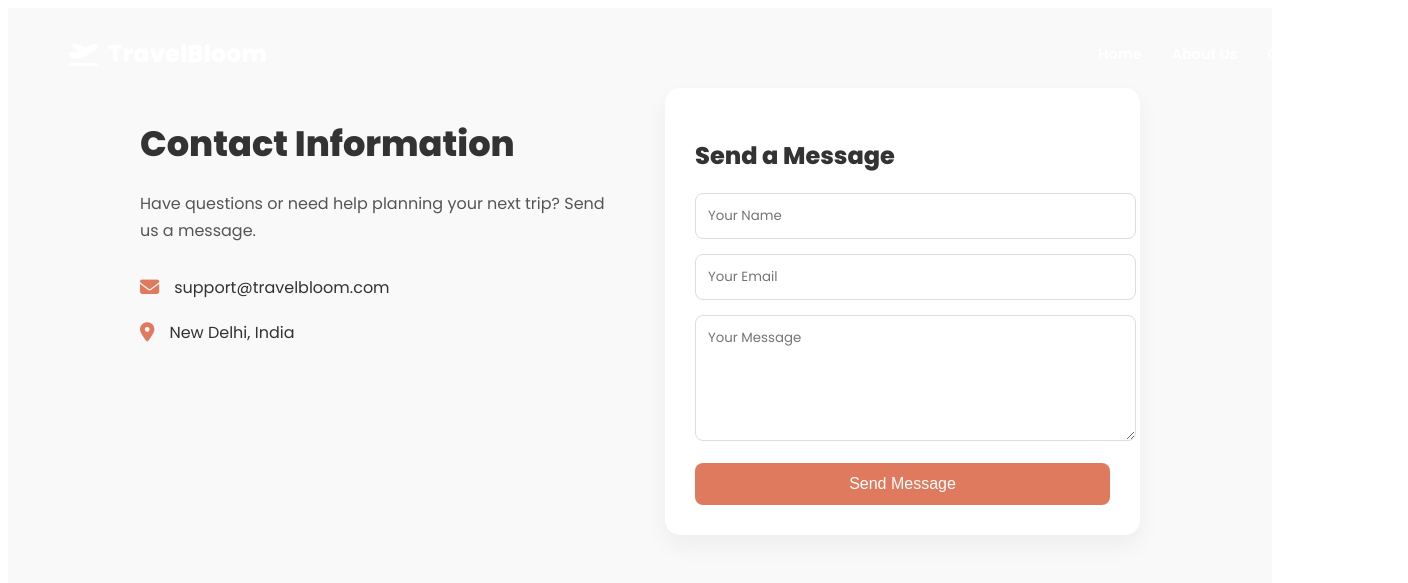
Repository: LatikaAdhikari064/TravelBloom_Project
Page: contact.html
An editor plug-in stored every save of this project. The page is shown before and after the next save, followed by the edit.
The browser window is 1280 px wide. The page is 1408 px wide, then 1280 px, then 1408 px, so the pictures cover 1408 px, including what lies to the right of the window. The pictures show the whole page.

Above is the page before, as saved 2026-01-08 20:42:49.

After the next save:
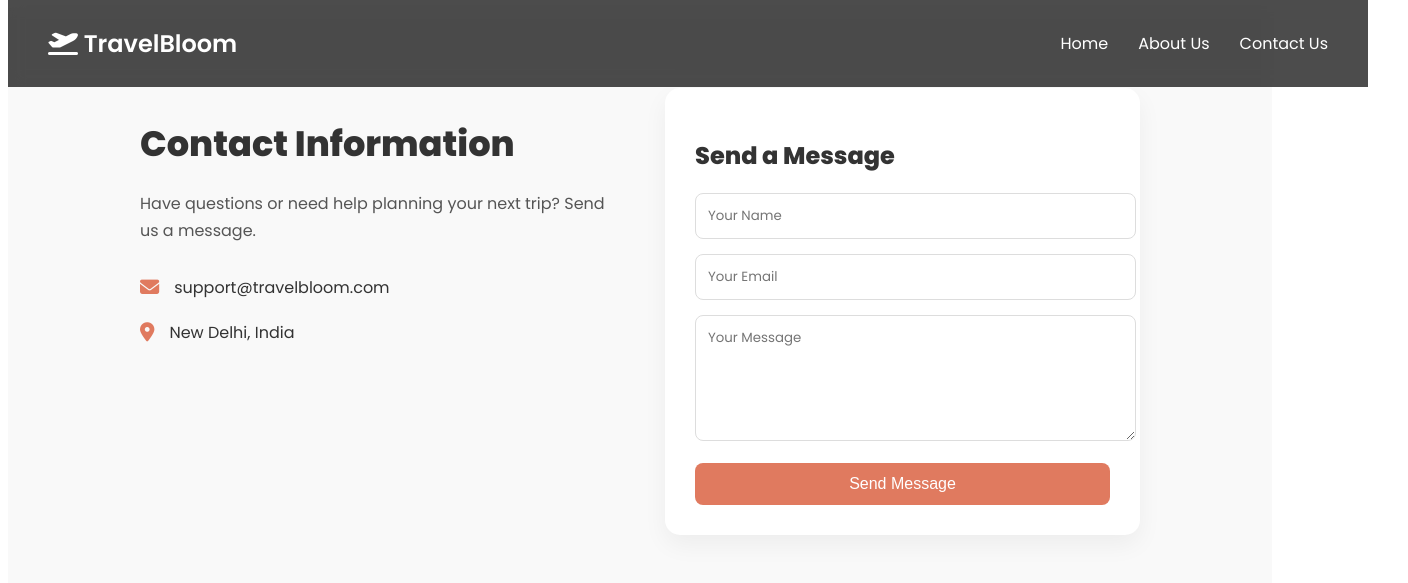
Saved 2 min 53 s later.
--- a/contact.css
+++ b/contact.css
@@ -2,26 +2,24 @@
 
 body {
     font-family: 'Poppins', sans-serif;
-}
-/* --- Navigation Bar --- */
+}/* --- NAVBAR (COMMON FOR ALL PAGES) --- */
 .navbar {
-    position: absolute; /* Sits transparently over the hero image */
+    position: fixed;
     top: 0;
     width: 100%;
+    padding: 15px 40px;
     display: flex;
     justify-content: space-between;
     align-items: center;
-    padding: 25px 60px;
-    z-index: 100; /* Ensures nav is above everything */
-    color: white;
+    background: rgba(0, 0, 0, 0.7);
+    backdrop-filter: blur(8px);
+    z-index: 1000;
 }
 
 .logo {
     font-size: 1.5rem;
-    font-weight: 800;
-    display: flex;
-    align-items: center;
-    gap: 10px;
+    font-weight: 600;
+    color: white;
 }
 
 .nav-links {
@@ -33,29 +31,13 @@
 .nav-links a {
     text-decoration: none;
     color: white;
-    font-weight: 600;
-    font-size: 0.9rem;
-    transition: color 0.3s ease;
+    font-weight: 400;
+    transition: color 0.3s;
 }
 
-.nav-links a:hover {
-    color: #E07A5F; /* Coral accent color */
-}
-/* HERO */
-.contact-hero {
-    height: 50vh;
-    margin-top: 70px; /* navbar spacing */
-    background: linear-gradient(rgba(0,0,0,0.5), rgba(0,0,0,0.5)),
-                url('https://images.unsplash.com/photo-1500530855697-b586d89ba3ee?auto=format&fit=crop&w=1920&q=80');
-    background-size: cover;
-    background-position: center;
-    color: white;
-
-    display: flex;
-    flex-direction: column;
-    justify-content: center;
-    align-items: center;
-    text-align: center;
+.nav-links a:hover,
+.nav-links a.active {
+    color: #E07A5F;
 }
 
 .contact-hero h1 {

After the 2 saves that followed:
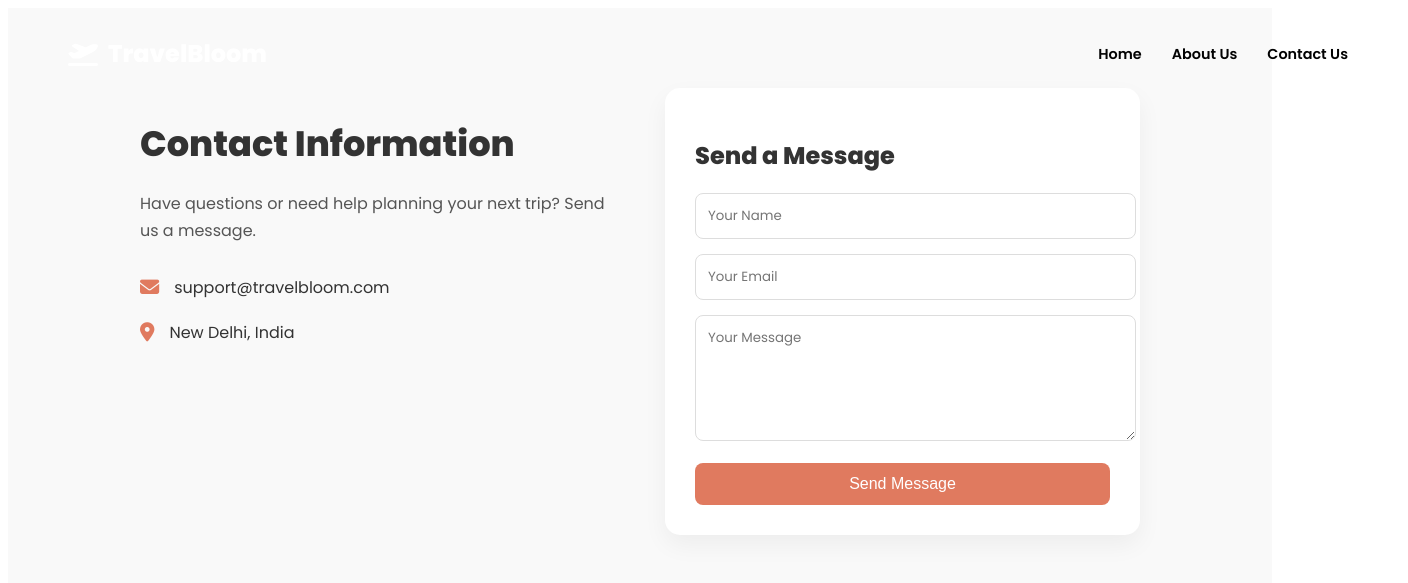
The 2 saves are shown as one change because 1 left the picture as it was.
The last was saved 32 s later.
--- a/contact.html
+++ b/contact.html
@@ -21,7 +21,7 @@
         <ul class="nav-links">
             <li><a href="/">Home</a></li>
             <li><a href="about.html">About Us</a></li>
-            <li><a href="#contact">Contact Us</a></li>
+            <li><a href="contact.html">Contact Us</a></li>
         </ul>
     </nav>
     <!-- CONTACT SECTION -->
--- a/contact.css
+++ b/contact.css
@@ -2,24 +2,26 @@
 
 body {
     font-family: 'Poppins', sans-serif;
-}/* --- NAVBAR (COMMON FOR ALL PAGES) --- */
+}
+/* --- Navigation Bar --- */
 .navbar {
-    position: fixed;
+    position: absolute; /* Sits transparently over the hero image */
     top: 0;
     width: 100%;
-    padding: 15px 40px;
     display: flex;
     justify-content: space-between;
     align-items: center;
-    background: rgba(0, 0, 0, 0.7);
-    backdrop-filter: blur(8px);
-    z-index: 1000;
+    padding: 25px 60px;
+    z-index: 100; /* Ensures nav is above everything */
+    color: white;
 }
 
 .logo {
     font-size: 1.5rem;
-    font-weight: 600;
-    color: white;
+    font-weight: 800;
+    display: flex;
+    align-items: center;
+    gap: 10px;
 }
 
 .nav-links {
@@ -30,14 +32,14 @@
 
 .nav-links a {
     text-decoration: none;
-    color: white;
-    font-weight: 400;
-    transition: color 0.3s;
+    color: rgb(2, 2, 2);
+    font-weight: 600;
+    font-size: 0.9rem;
+    transition: color 0.3s ease;
 }
 
-.nav-links a:hover,
-.nav-links a.active {
-    color: #E07A5F;
+.nav-links a:hover {
+    color: #E07A5F; /* Coral accent color */
 }
 
 .contact-hero h1 {
